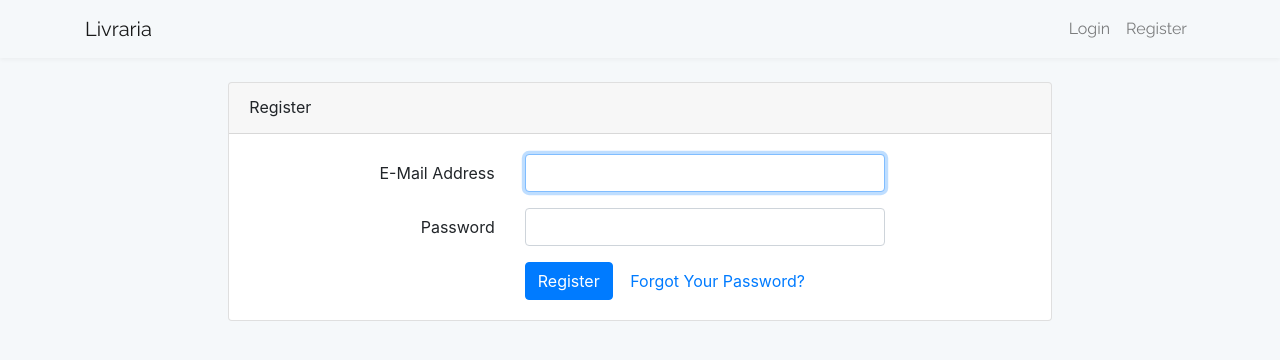
Repository: lxcxcxlxmb/moduleProject
Page: front/login.html
An editor plug-in stored every save of this project. The page is shown before and after the next save, followed by the edit.
The browser window is 1280 px wide. The pictures show the whole page.

Above is the page before, as saved 2022-09-06 14:04:28.

### front/login.html
<!doctype html>
<html lang="en">

<head>
    <!-- Required meta tags -->
    <meta charset="utf-8">
    <meta name="viewport" content="width=device-width, initial-scale=1, shrink-to-fit=no">

    <!-- Fonts -->
    <link rel="dns-prefetch" href="https://fonts.gstatic.com">
    <link href="https://fonts.googleapis.com/css?family=Raleway:300,400,600" rel="stylesheet" type="text/css">

    <link rel="stylesheet" href="css/style.css">

    <link rel="icon" href="Favicon.png">

    <!-- Bootstrap CSS -->
    <link rel="stylesheet" href="https://stackpath.bootstrapcdn.com/bootstrap/4.1.3/css/bootstrap.min.css">

    <title>Laravel</title>
</head>

<style>
    @import url(https://fonts.googleapis.com/css?family=Raleway:300,400,600);


    body {
        margin: 0;
        font-size: .9rem;
        font-weight: 400;
        line-height: 1.6;
        color: #212529;
        text-align: left;
        background-color: #f5f8fa;
    }

    .navbar-laravel {
        box-shadow: 0 2px 4px rgba(0, 0, 0, .04);
    }

    .navbar-brand,
    .nav-link,
    .my-form,
    .login-form {
        font-family: Raleway, sans-serif;
    }

    .my-form {
        padding-top: 1.5rem;
        padding-bottom: 1.5rem;
    }

    .my-form .row {
        margin-left: 0;
        margin-right: 0;
    }

    .login-form {
        padding-top: 1.5rem;
        padding-bottom: 1.5rem;
    }

    .login-form .row {
        margin-left: 0;
        margin-right: 0;
    }
</style>

<body>

    <nav class="navbar navbar-expand-lg navbar-light navbar-laravel">
        <div class="container">
            <a class="navbar-brand" href="#">Livraria</a>
            <button class="navbar-toggler" type="button" data-toggle="collapse" data-target="#navbarSupportedContent"
                aria-controls="navbarSupportedContent" aria-expanded="false" aria-label="Toggle navigation">
                <span class="navbar-toggler-icon"></span>
            </button>

            <div class="collapse navbar-collapse" id="navbarSupportedContent">
                <ul class="navbar-nav ml-auto">
                    <li class="nav-item">
                        <a class="nav-link" href="#">Login</a>
                    </li>
                    <li class="nav-item">
                        <a class="nav-link" href="#">Register</a>
                    </li>
                </ul>

            </div>
        </div>
    </nav>

    <main class="login-form">
        <div class="cotainer">
            <div class="row justify-content-center">
                <div class="col-md-8">
                    <div class="card">
                        <div class="card-header">Register</div>
                        <div class="card-body">
                            <form action="" method="">
                                <div class="form-group row">
                                    <label for="email_address" class="col-md-4 col-form-label text-md-right">E-Mail
                                        Address</label>
                                    <div class="col-md-6">
                                        <input type="text" id="email_address" class="form-control" name="email-address"
                                            required autofocus>
                                    </div>
                                </div>

                                <div class="form-group row">
                                    <label for="password" class="col-md-4 col-form-label text-md-right">Password</label>
                                    <div class="col-md-6">
                                        <input type="password" id="password" class="form-control" name="password"
                                            required>
                                    </div>
                                </div>


                                <div class="col-md-6 offset-md-4">
                                    <button type="submit" class="btn btn-primary">
                                        Register
                                    </button>
                                    <a href="#" class="btn btn-link">
                                        Forgot Your Password?
                                    </a>
                                </div>
                        </div>
                        </form>
                    </div>
                </div>
            </div>
        </div>
        </div>

    </main>

</body>

</html>

### front/style.css
* {
    box-sizing: border-box;
    font-family: -apple-system, BlinkMacSystemFont, "segoe ui", roboto, oxygen, ubuntu, cantarell, "fira sans", "droid sans", "helvetica neue", Arial, sans-serif;
    font-size: 16px;
}
body {
    background-color: #435165;
}
.login {
    width: 400px;
    background-color: #ffffff;
    box-shadow: 0 0 9px 0 rgba(0, 0, 0, 0.3);
    margin: 100px auto;
}
.login h1 {
    text-align: center;
    color: #5b6574;
    font-size: 24px;
    padding: 20px 0 20px 0;
    border-bottom: 1px solid #dee0e4;
}
.login form {
    display: flex;
    flex-wrap: wrap;
    justify-content: center;
    padding-top: 20px;
}
.login form label {
    display: flex;
    justify-content: center;
    align-items: center;
    width: 50px;
    height: 50px;
    background-color: #3274d6;
    color: #ffffff;
}
.login form input[type="password"], .login form input[type="text"] {
    width: 310px;
    height: 50px;
    border: 1px solid #dee0e4;
    margin-bottom: 20px;
    padding: 0 15px;
}
.login form input[type="button"] {
    width: 100%;
    padding: 15px;
   margin-top: 20px;
    background-color: #3274d6;
    border: 0;
    cursor: pointer;
    font-weight: bold;
    color: #ffffff;
    transition: background-color 0.2s;
}
.login form input[type="button"]:hover {
  background-color: #2868c7;
    transition: background-color 0.2s;
}

After the next save:
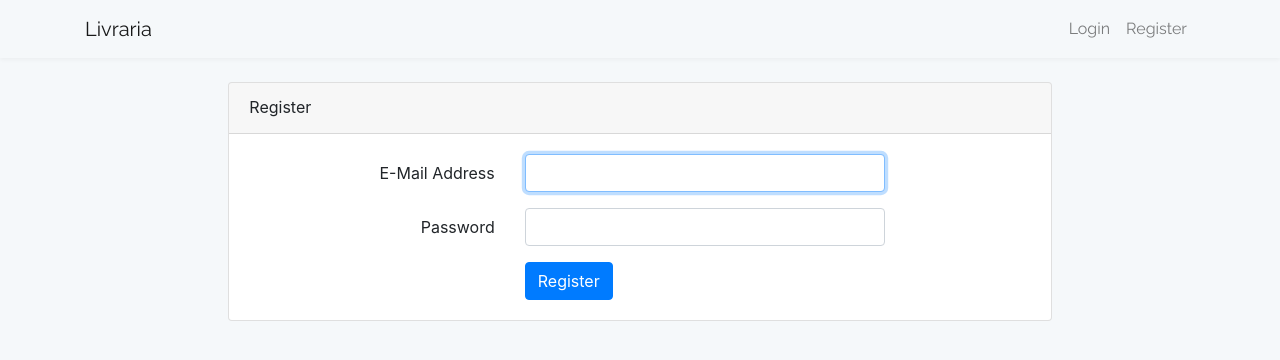
Saved 26 s later.
--- a/front/login.html
+++ b/front/login.html
@@ -120,9 +120,6 @@
                                     <button type="submit" class="btn btn-primary">
                                         Register
                                     </button>
-                                    <a href="#" class="btn btn-link">
-                                        Forgot Your Password?
-                                    </a>
                                 </div>
                         </div>
                         </form>
